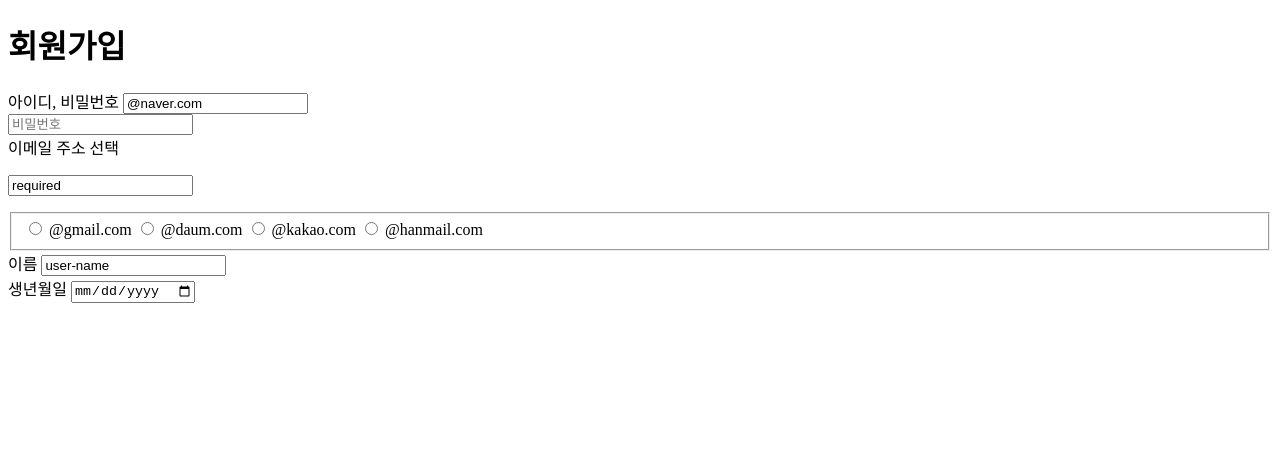
Repository: guswnsdldl/gb
Page: html workspace/h_form/src/main/webapp/join.html
An editor plug-in stored every save of this project. The page is shown before and after the next save, followed by the edit.
The browser window is 1280 px wide. The pictures show the whole page.

Above is the page before, as saved 2024-08-06 07:52:59.

### html workspace/h_form/src/main/webapp/join.html
<!DOCTYPE html>
<html>
<head>
<meta charset="UTF-8">
<title>join</title>
</head>
<body>
<h1>회원가입</h1>
<form>
<div> 아이디, 비밀번호
<input type="text" name="user-id" placeholder="아이디" value="@naver.com" required><br>
<input type="password" name="user-password" placeholder="비밀번호">
</div>
<div> 이메일 주소 선택
<p><input type="text" name="user-email" placeholder="이메일 입력" value= required><fieldset>
 <label><input type="radio" name="email" value="@gmail.com">
            @gmail.com</label>
  <label><input type="radio" name="email" value="@daum.com">
            @daum.com</label>
  <label><input type="radio" name="email" value="@kakao.com">
            @kakao.com</label>
  <label><input type="radio" name="email" value="@hanmail.com">
            @hanmail.com</label>
</fieldset>

</div> 이름
<input type="text" name="user-name" placeholder="실명" value="user-name" required><br>
<div>
<div>	생년월일
         <input type="date">
</div>
</div>
<div>
</div>

</form>

</body>
</html>

After the next save:
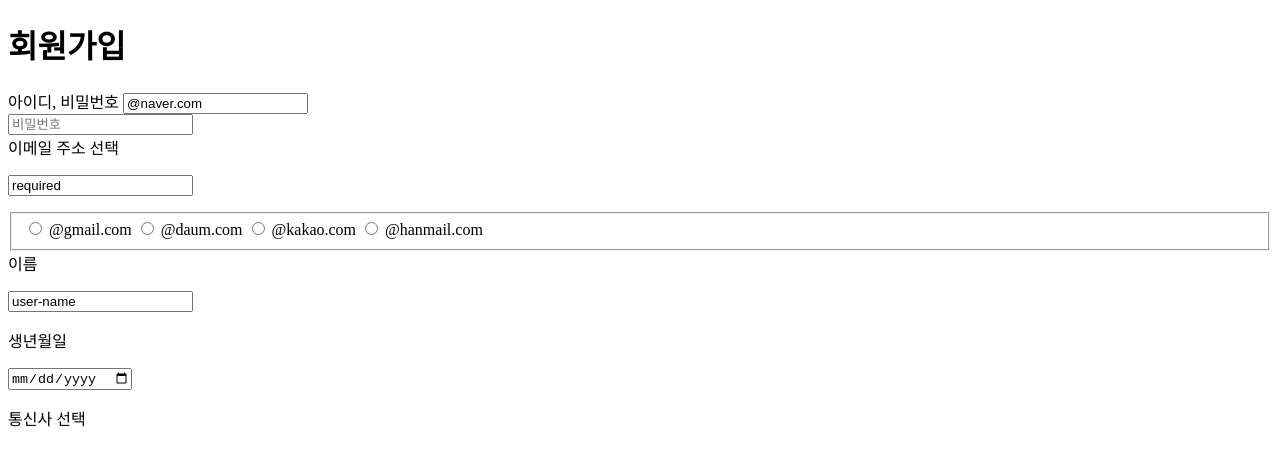
Saved 85 s later.
--- a/html workspace/h_form/src/main/webapp/join.html
+++ b/html workspace/h_form/src/main/webapp/join.html
@@ -24,12 +24,12 @@
 </fieldset>
 
 </div> 이름
-<input type="text" name="user-name" placeholder="실명" value="user-name" required><br>
 <div>
+<p><input type="text" name="user-name" placeholder="실명" value="user-name" required><br>
+</div>
 <div>	생년월일
-         <input type="date">
-</div>
-</div>
+        <p> <input type="date">
+</div>통신사 선택
 <div>
 </div>
 
